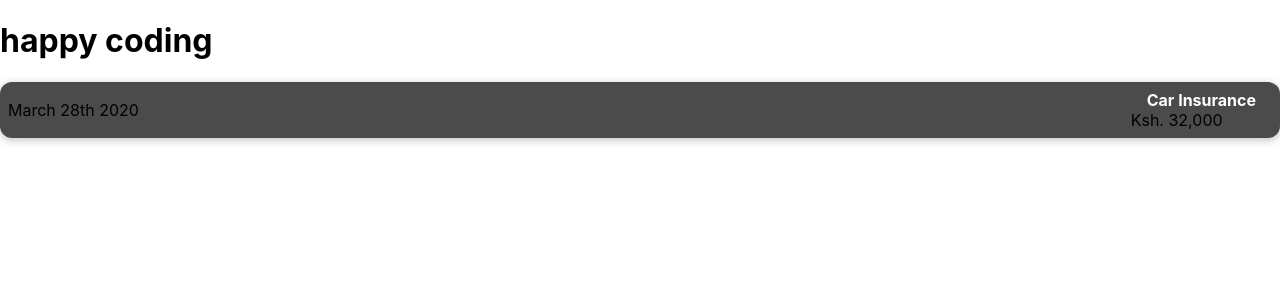
Repository: Samkiroko/expense-tracker-react
Page: /
An editor plug-in stored every save of this project. The page is shown before and after the next save, followed by the edit.
The browser window is 1280 px wide. The pictures show the whole page.
The project was rebuilt for these pictures with package versions that can differ from the ones it lists, and the page was loaded fresh each time.

Above is the page before, as saved 2021-06-08 10:32:45.

After the next save:
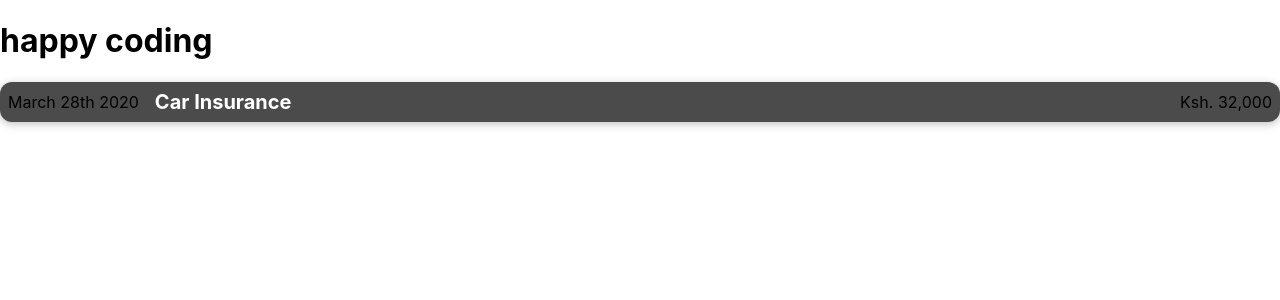
Saved 63 s later.
--- a/src/components/ExpenseItem.js
+++ b/src/components/ExpenseItem.js
@@ -5,7 +5,7 @@ function ExpenseItem() {
   return (
     <div className='expense-item'>
       <div>March 28th 2020</div>
-      <div>
+      <div className='expense-item__description'>
         <h2>Car Insurance</h2>
         <div>Ksh. 32,000</div>
       </div>
